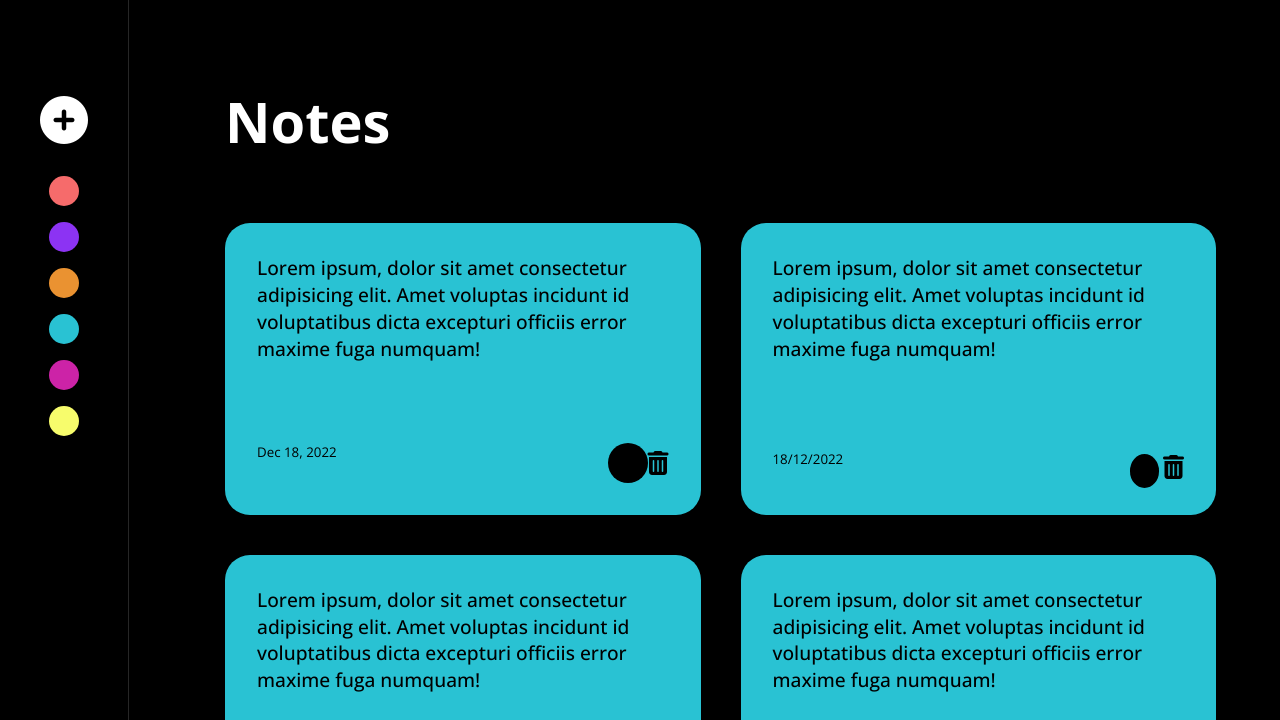
Repository: emiliaiwu/notes_app
Page: index.html
The author's editor kept a copy of each file at every save. The page is drawn from the files as they stood at one save, then again after a run of saves.
The browser window is 1280 px wide. The pictures show the whole page.
An inner scrolling area shows only its first screen. Some web libraries are served in a nearby version.

Above is the page before, as saved 2022-12-19 23:47:05.

### index.html
<!DOCTYPE html>
<html lang="en">
<head>
    <meta charset="UTF-8">
    <meta http-equiv="X-UA-Compatible" content="IE=edge">
    <meta name="viewport" content="width=device-width, initial-scale=1.0">
    <script src="https://kit.fontawesome.com/fd9c36575f.js" crossorigin="anonymous"></script>
    <link rel="stylesheet" href="style.css">
    <title>Notes App</title>
</head>
<body>
    <div class="container">
        <div class="add">
            <div class="add_card"><i class="fa-solid fa-circle-plus"></i></div>
            <ul class="card_colors">
                <li class="card_color c1"></li>
                <li class="card_color c2"></li>
                <li class="card_color c3"></li>
                <li class="card_color c4"></li>
                <li class="card_color c5"></li>
                <li class="card_color c6"></li>
            </ul>
        </div>
        <div class="cards_container">
            <h1>Notes</h1>
            <div class="cards">

                <div class="card">
                    <p class="text">
                        Lorem ipsum, dolor sit amet consectetur adipisicing elit. Amet voluptas incidunt id voluptatibus dicta excepturi officiis error maxime fuga numquam!
                    </p>
                    <div class="footer close">
                        <small class="date">Dec 18, 2022</small>
                        <div class="edit_delete">
                           <div class="edit"><i class="fa-solid fa-pen"></i></div>
                           <div class="delete"><i class="fa-solid fa-trash-can"></i></div>
                        </div>
                    </div>
                    <div class="footer open">
                        <ul class="edit_settings">
                            <li class="bold"><i class="fa-solid fa-bold"></i></li>
                            <li class="italic"><i class="fa-solid fa-italic"></i></li>
                            <li class="underline"><i class="fa-solid fa-underline"></i></li>
                            <li class="strikethrough"><i class="fa-solid fa-strikethrough"></i></li>
                            <li class="toggleBtn"><i class="fa-solid fa-list-ul"></i></li>
                            <li class="add_image"><i class="fa-solid fa-image"></i></li>
                        </ul>
                    </div>
                </div>

                <div class="card">
                    <span class="text">
                        Lorem ipsum, dolor sit amet consectetur adipisicing elit. Amet voluptas incidunt id voluptatibus dicta excepturi officiis error maxime fuga numquam!
                    </span>
                    <span class="footer close">
                        <small class="date">18/12/2022</small>
                        <span>
                           <small class="edit"><i class="fa-solid fa-pen"></i></small>
                           <small class="delete"><i class="fa-solid fa-trash-can"></i></small>
                        </span>
                    </span>
                    <span class="footer open">
                        <ul class="edit_settings">
                            <li class="bold"><i class="fa-solid fa-bold"></i></li>
                            <li class="italic"><i class="fa-solid fa-italic"></i></li>
                            <li class="underline"><i class="fa-solid fa-underline"></i></li>
                            <li class="strikethrough"><i class="fa-solid fa-strikethrough"></i></li>
                            <li class="toggleBtn"><i class="fa-solid fa-list-ul"></i></li>
                            <li class="add_image"><i class="fa-solid fa-image"></i></li>
                        </ul>
                    </span>
                </div>

                <div class="card">
                    <span class="text">
                        Lorem ipsum, dolor sit amet consectetur adipisicing elit. Amet voluptas incidunt id voluptatibus dicta excepturi officiis error maxime fuga numquam!
                    </span>
                    <span class="footer close">
                        <small class="date">18/12/2022</small>
                        <span>
                           <small class="edit"><i class="fa-solid fa-pen"></i></small>
                           <small class="delete"><i class="fa-solid fa-trash-can"></i></small>
                        </span>
                    </span>
                    <span class="footer open">
                        <ul class="edit_settings">
                            <li class="bold"><i class="fa-solid fa-bold"></i></li>
                            <li class="italic"><i class="fa-solid fa-italic"></i></li>
                            <li class="underline"><i class="fa-solid fa-underline"></i></li>
                            <li class="strikethrough"><i class="fa-solid fa-strikethrough"></i></li>
                            <li class="toggleBtn"><i class="fa-solid fa-list-ul"></i></li>
                            <li class="add_image"><i class="fa-solid fa-image"></i></li>
                        </ul>
                    </span>
                </div>

                <div class="card">
                    <span class="text">
                        Lorem ipsum, dolor sit amet consectetur adipisicing elit. Amet voluptas incidunt id voluptatibus dicta excepturi officiis error maxime fuga numquam!
                    </span>
                    <span class="footer close">
                        <small class="date">18/12/2022</small>
                        <span>
                           <small class="edit"><i class="fa-solid fa-pen"></i></small>
                           <small class="delete"><i class="fa-solid fa-trash-can"></i></small>
                        </span>
                    </span>
                    <span class="footer open">
                        <ul class="edit_settings">
                            <li class="bold"><i class="fa-solid fa-bold"></i></li>
                            <li class="italic"><i class="fa-solid fa-italic"></i></li>
                            <li class="underline"><i class="fa-solid fa-underline"></i></li>
                            <li class="strikethrough"><i class="fa-solid fa-strikethrough"></i></li>
                            <li class="toggleBtn"><i class="fa-solid fa-list-ul"></i></li>
                            <li class="add_image"><i class="fa-solid fa-image"></i></li>
                        </ul>
                    </span>
                </div>


            </div>
        </div>




    </div>

</body>
</html>

### style.css
@import url('https://fonts.googleapis.com/css2?family=Open+Sans:wght@300;400;500;700&display=swap');


* {
    margin: 0;
    padding: 0;
    box-sizing: border-box;
    list-style-type: none;

}

body {
    font-family: 'Open Sans', sans-serif;
    width: 100vw;
    height: 100vh;
    background-color: #000;
    color: #fff;

}

h1 {
    font-size: 3.5rem;
    margin-bottom: 4rem;
    color: #fff;
}

.container {
    display: flex;
    width: 100%;
    height: 100%;
    gap: 2rem;
}

.add {
    border-right: 1px solid rgba(255, 255, 255, 0.15);
    min-height: 100vh;
    display: flex;
    flex-direction: column;
    align-items: center;
    padding: 6rem 2.5rem;

}

.card_color {
    width: 30px;
    height: 30px;
    border-radius: 50%;
    margin-bottom: 1rem;

}

.fa-circle-plus {
    font-size: 3rem;
    margin-bottom: 2rem;
}

.c1 {
    background-color: #F66B6B;
}

.c2 {
    background-color: #8C33F3;
}

.c3 {
    background-color: #EA9231;
}

.c4 {
    background-color: #29C2D3;
}

.c5 {
    background-color: #CC23A7;
}

.c6 {
    background-color: #F7FC6C;
}






/* CARDS CONTAINER */

.cards_container {
    padding: 5.2rem 4rem;
    height: 100%;
    overflow-y: scroll;
    width: 100%;
    color: #000;
}

.cards {
    display: grid;
    grid-template-columns: repeat(auto-fit, minmax(19rem, 1fr));
    gap: 2.5rem;
}

.card {
    display: flex;
    flex-direction: column;
    justify-content: space-between;
    background-color: #29C2D3;
    padding: 2rem 2rem 1rem 2rem;
    border-radius: 25px;
}

.close,
.edit_settings {
    display: flex;
    justify-content: space-between;

}

.text {
    margin-bottom: 5rem;
    font-size: 1.2rem;
    font-weight: 500;
    line-height: 1.4;
}




.edit_delete {
    display: flex;
    justify-content: space-between;
    align-items: center;
}

.edit {
    background-color: #000;
    width: 40px;
    height: 40px;
    padding: .5rem;
    border-radius: 50%;
}

.delete {
    font-size: 1.5rem;
}

/* .fa-trash-can {
    margin-left: 1rem;
} */






.edit_settings {
    border-top: 1px solid rgba(0, 0, 0, 0.178);;
    width: 100%;
    padding: 1rem;
}

ul li i {
    font-size: 1.2rem;
}












/* OPEN AND CLOSE FUNCTIONALITY */

.open {
    display: none;

}

.close {
    padding-bottom: 1rem;
}

After the next 2 saves:
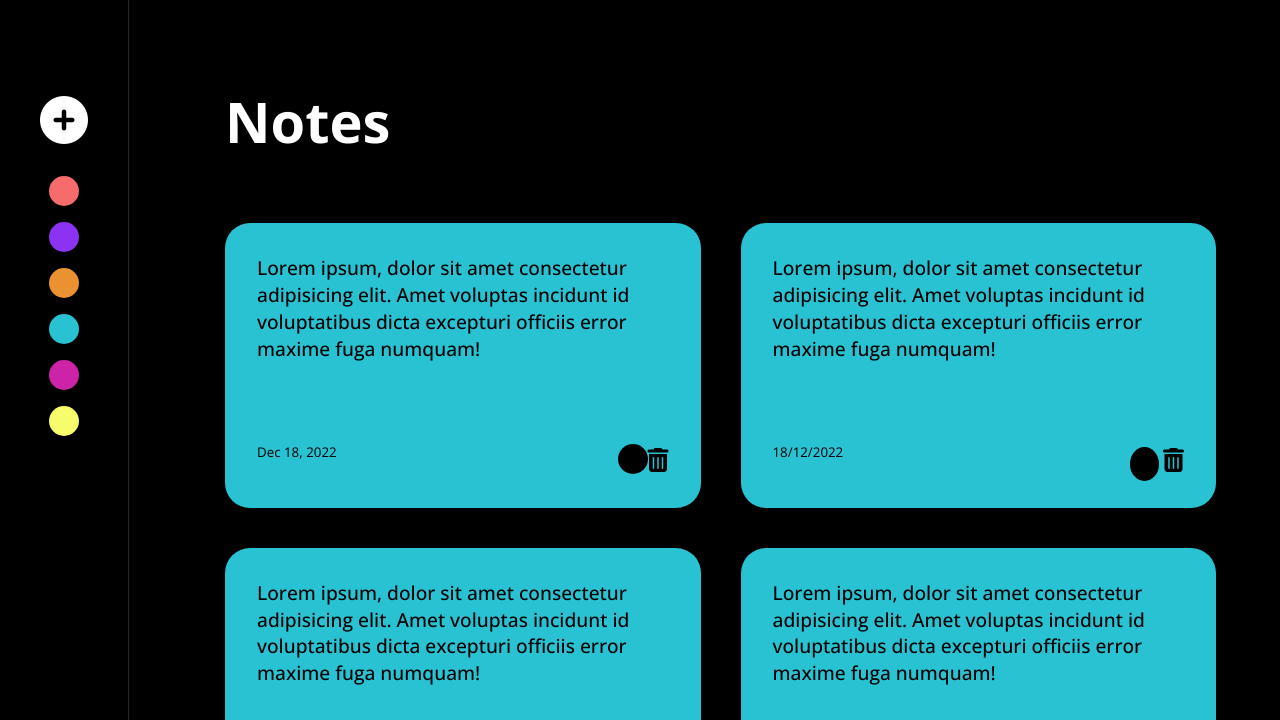
The 2 saves are shown as one change because they came seconds apart.
The last was saved 13 s later.
--- a/style.css
+++ b/style.css
@@ -133,8 +133,8 @@ h1 {
 
 .edit {
     background-color: #000;
-    width: 40px;
-    height: 40px;
+    width: 30px;
+    height: 30px;
     padding: .5rem;
     border-radius: 50%;
 }
